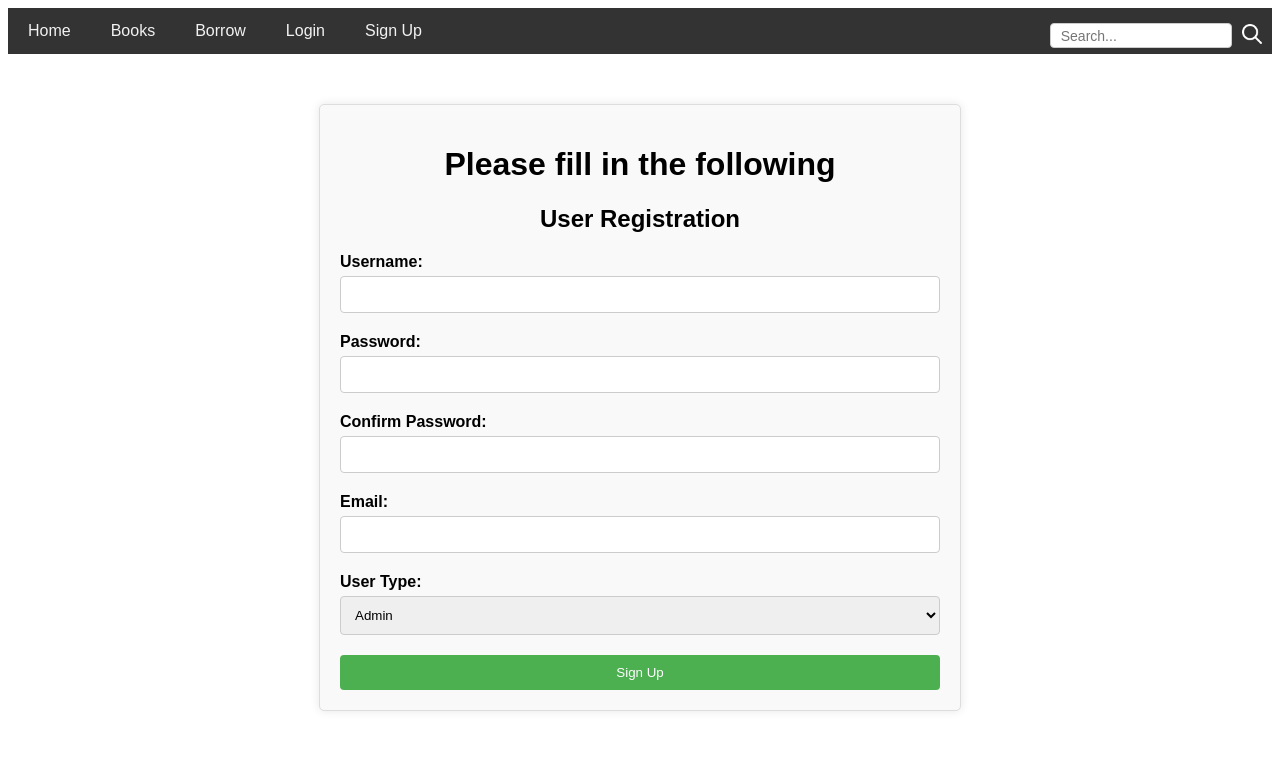
Repository: fadyesk12/Web-Technology-Course-Project
Page: auth/signup.html
The author's editor kept a copy of each file at every save. The page is drawn from the files as they stood at one save, then again after the next save.
The browser window is 1280 px wide. The pictures show the whole page.

Above is the page before, as saved 2024-04-20 09:31:33.

After the next save:
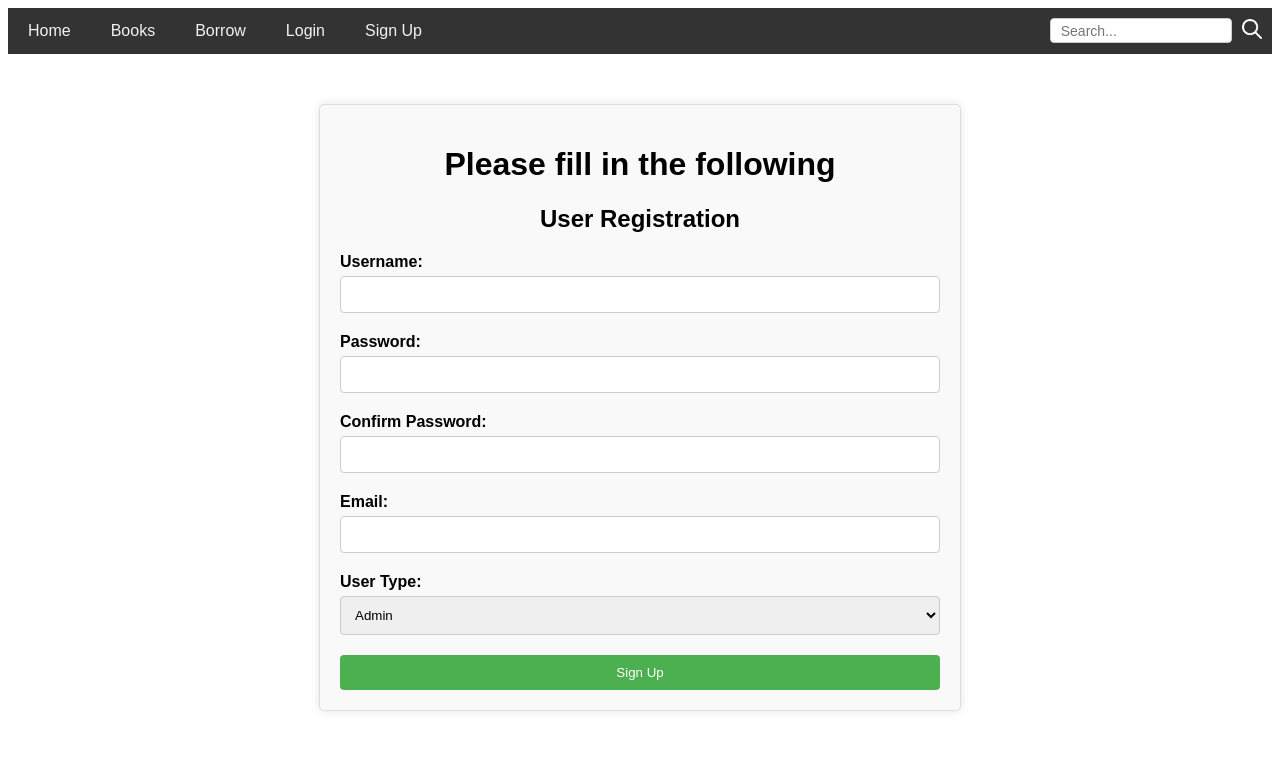
Saved 2 min 20 s later.
--- a/Styling/signup.css
+++ b/Styling/signup.css
@@ -78,7 +78,6 @@ input[type="submit"]:hover {
 
 
 .search {
-  margin-top: 5px;
   float: right;
 }
 
